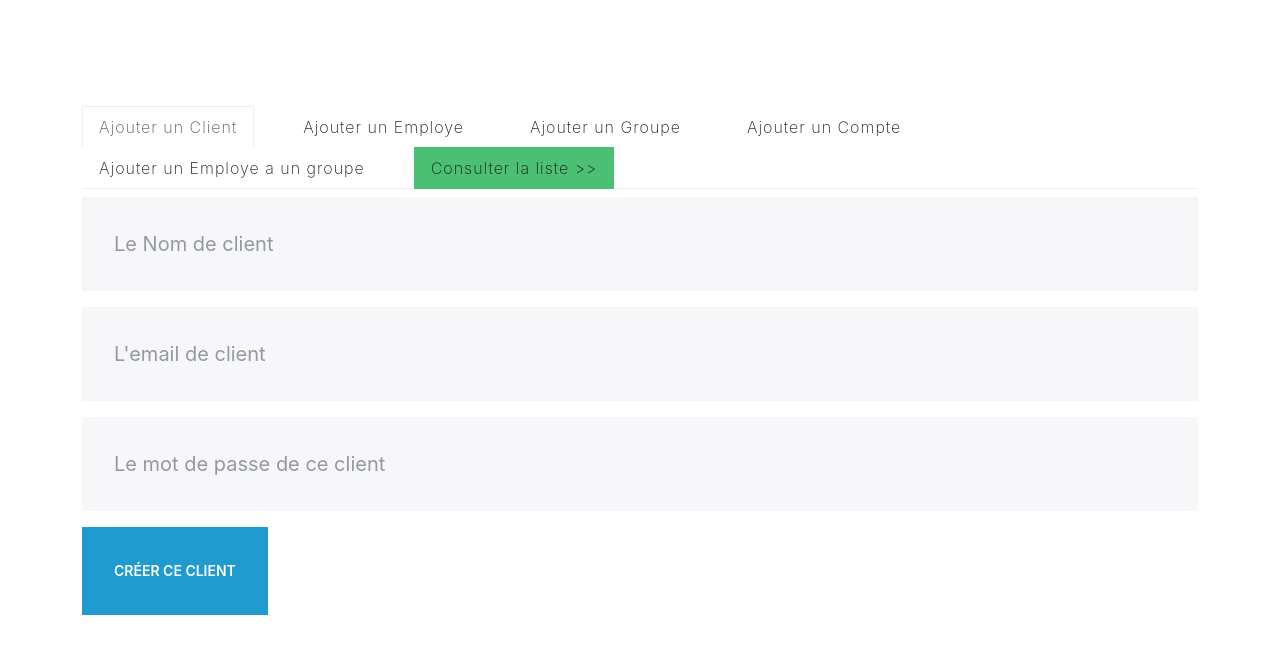
Repository: gal1aoui/BankManagement-AdminActions-JEE
Page: http://localhost/ProjectWeb/Create.jsp
An editor plug-in stored every save of this project. The page is shown before and after the next save, followed by the edit.
The browser window is 1280 px wide. The pictures show the whole page.
Some web fonts or font styles are not loaded; a fallback is used. The page is served by Tomcat 9. Nobody is signed in. The application's start-up code is not run. The template is opened directly, without the code that normally fills it, so the values that code supplies are empty.

Above is the page before, as saved 2021-12-29 14:43:04.

After the next save:
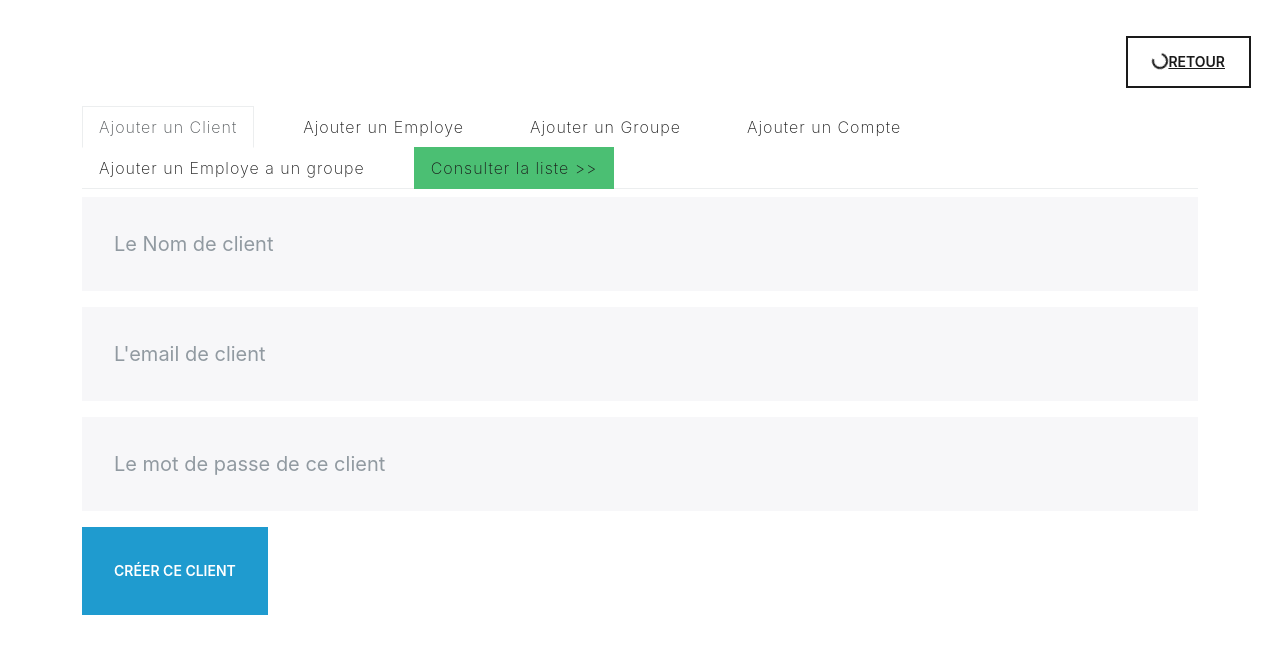
Saved 24 s later.
--- a/ProjectWeb/WebContent/Create.jsp
+++ b/ProjectWeb/WebContent/Create.jsp
@@ -26,6 +26,14 @@ if(op == "Courant"){
 }
 </script>
 <body>
+<div style="position:absolute; top:5%; left:88%; right:0;">
+<a href="consultation">
+    <button class="btn btn-outline-primary d-flex">
+        <span style="margin-top: 3px" class="mr-1 spinner-border primary spinner-border-sm" role="status"></span>
+        Retour
+    </button>
+</a>
+</div>
 	<div class="container h-100">
     <div class="row justify-content-center align-items-center h-100">
         <div class="col">
